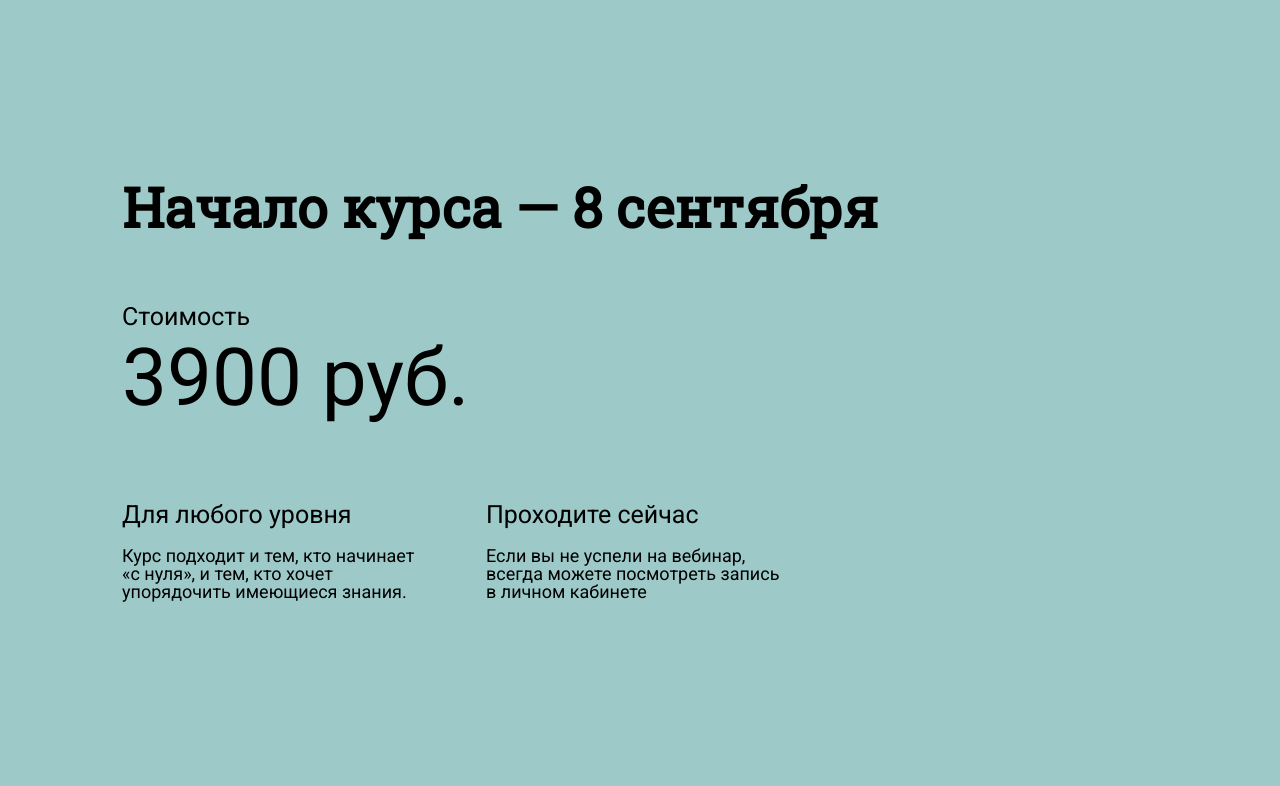
Repository: NatiqSamiyev/fiqma-task3
Page: index.html
These files come from the project's save history. The page is drawn as it stood at one moment and after the next save; the edit follows.
The browser window is 1280 px wide. The pictures show the whole page.

Above is the page before, as saved 2023-08-09 13:26:23.

### index.html
<!DOCTYPE html>
<html lang="en">
  <head>
    <meta charset="UTF-8" />
    <meta name="viewport" content="width=device-width, initial-scale=1.0" />
    <link rel="stylesheet" href="index.css" />
    <title>Document</title>
  </head>
  <body>
    <div class="container">
      <h1>Начало курса — 8 сентября</h1>
      <h2>Стоимость</h2>
      <h3>3900 руб.</h3>
      <ul>
        <li>
          <h4>Для любого уровня</h4>
          <p>
            Курс подходит и тем, кто начинает «с нуля», и тем, кто хочет
            упорядочить имеющиеся знания.
          </p>
        </li>

        <li>
          <h4>Проходите сейчас</h4>
          <p>
            Если вы не успели на вебинар, всегда можете посмотреть запись в
            личном кабинете
          </p>
        </li>
      </ul>

    </div>
  </body>
</html>

### index.css
@import url("https://fonts.googleapis.com/css2?family=Roboto+Slab&family=Roboto:wght@400;700&display=swap");
* {
  margin: 0;
  padding: 0;
  box-sizing: border-box;
}

.container {
  width: 100%;
  min-height: 100vh;
  padding: 179px 0 185px 122px;
  background: #9dc9c8;
}

.container h1 {
  margin-bottom: 69px;
  color: #000;
  font-family: Roboto Slab;
  font-size: 55px;
  font-style: normal;
  font-weight: 700;
  line-height: 101.385%;
}

.container h2 {
  margin-bottom: 9px;
  color: #000;
  font-family: Roboto;
  font-size: 25px;
  font-style: normal;
  font-weight: 400;
  line-height: 101.385%;
}

.container h3 {
  color: #000;
  font-family: Roboto;
  font-size: 80px;
  font-style: normal;
  font-weight: 400;
  line-height: 101.385%;
}

.container ul {
  margin-top: 83px;
  display: flex;
}

.container ul li {
  list-style-type: none;
  margin-right: 70px;
}

.container h4 {
  margin-bottom: 20px;
  color: #000;
  font-family: Roboto;
  font-size: 25px;
  font-style: normal;
  font-weight: 400;
  line-height: 101.385%;
}

.container p {
  width: 294px;
  color: #000;
  font-family: Roboto;
  font-size: 18px;
  font-style: normal;
  font-weight: 400;
  line-height: 101.385%;
}

After the next save:
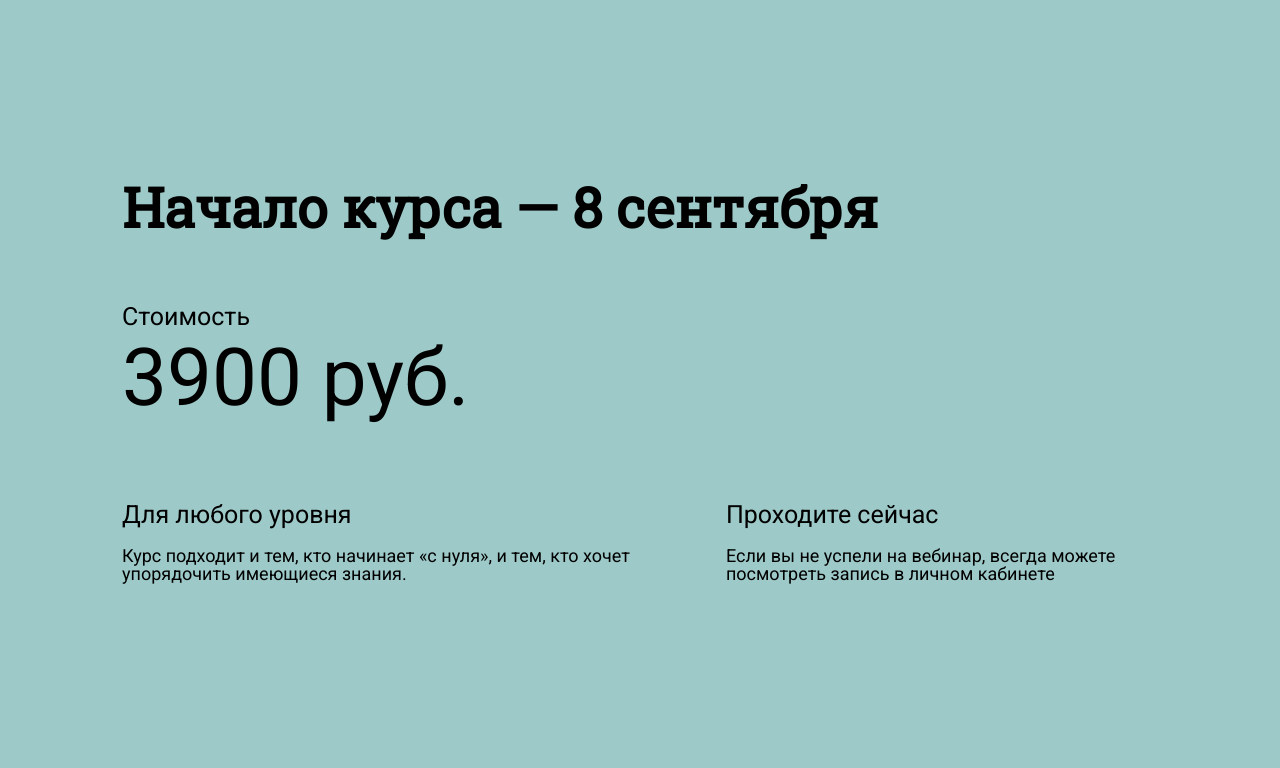
Saved 30 s later.
--- a/index.css
+++ b/index.css
@@ -62,7 +62,6 @@
 }
 
 .container p {
-  width: 294px;
   color: #000;
   font-family: Roboto;
   font-size: 18px;

After the save that followed:
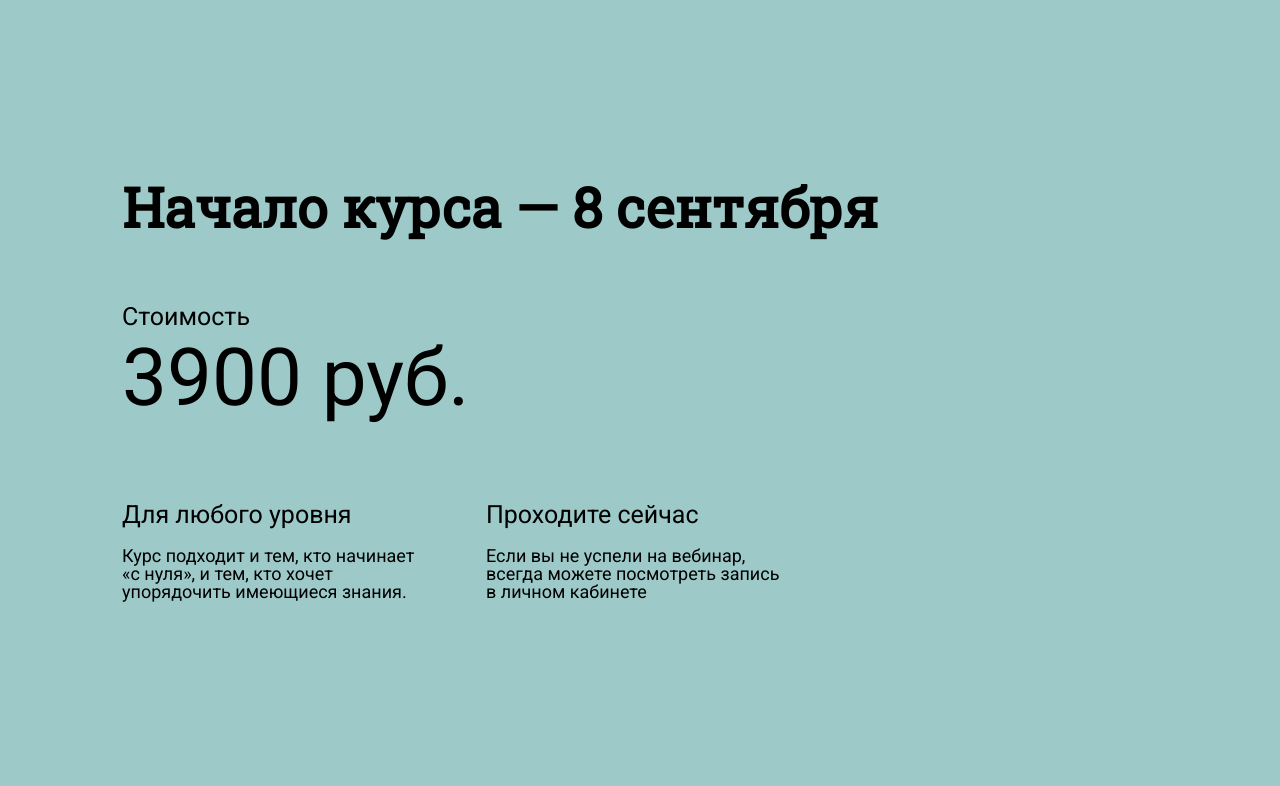
Saved 4 s later.
--- a/index.css
+++ b/index.css
@@ -49,6 +49,7 @@
 .container ul li {
   list-style-type: none;
   margin-right: 70px;
+  width: 294px;
 }
 
 .container h4 {
